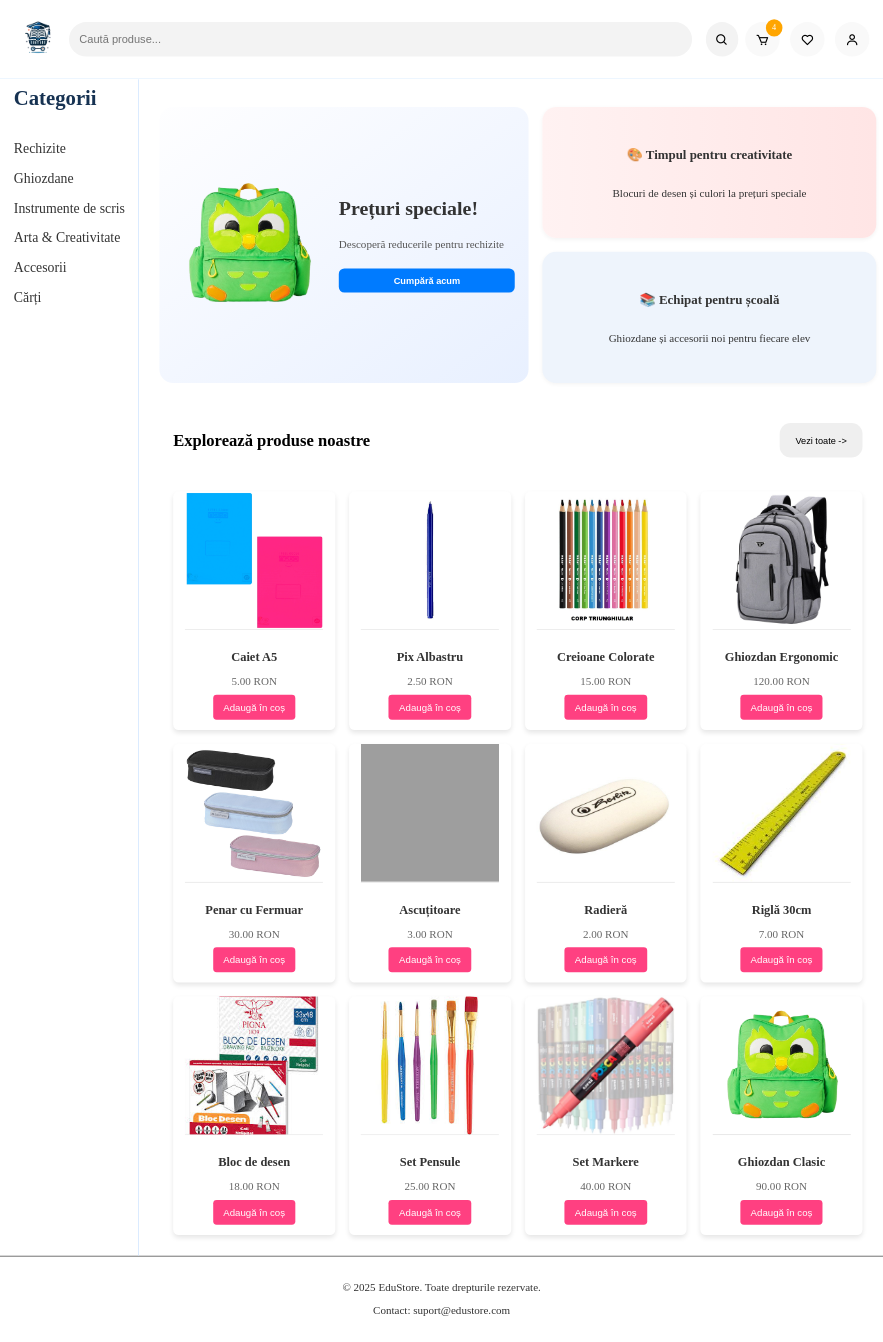
Repository: Roxana5504/WebDev-Project
Page: frontend/index.html
The author's editor kept a copy of each file at every save. The page is drawn from the files as they stood at one save, then again after the next save.
The browser window is 1280 px wide. The pictures show the whole page, at 69% of full size.
Pictures or frames that could not be fetched are drawn as grey boxes.

Above is the page before, as saved 2025-04-23 17:11:59.

After the next save:
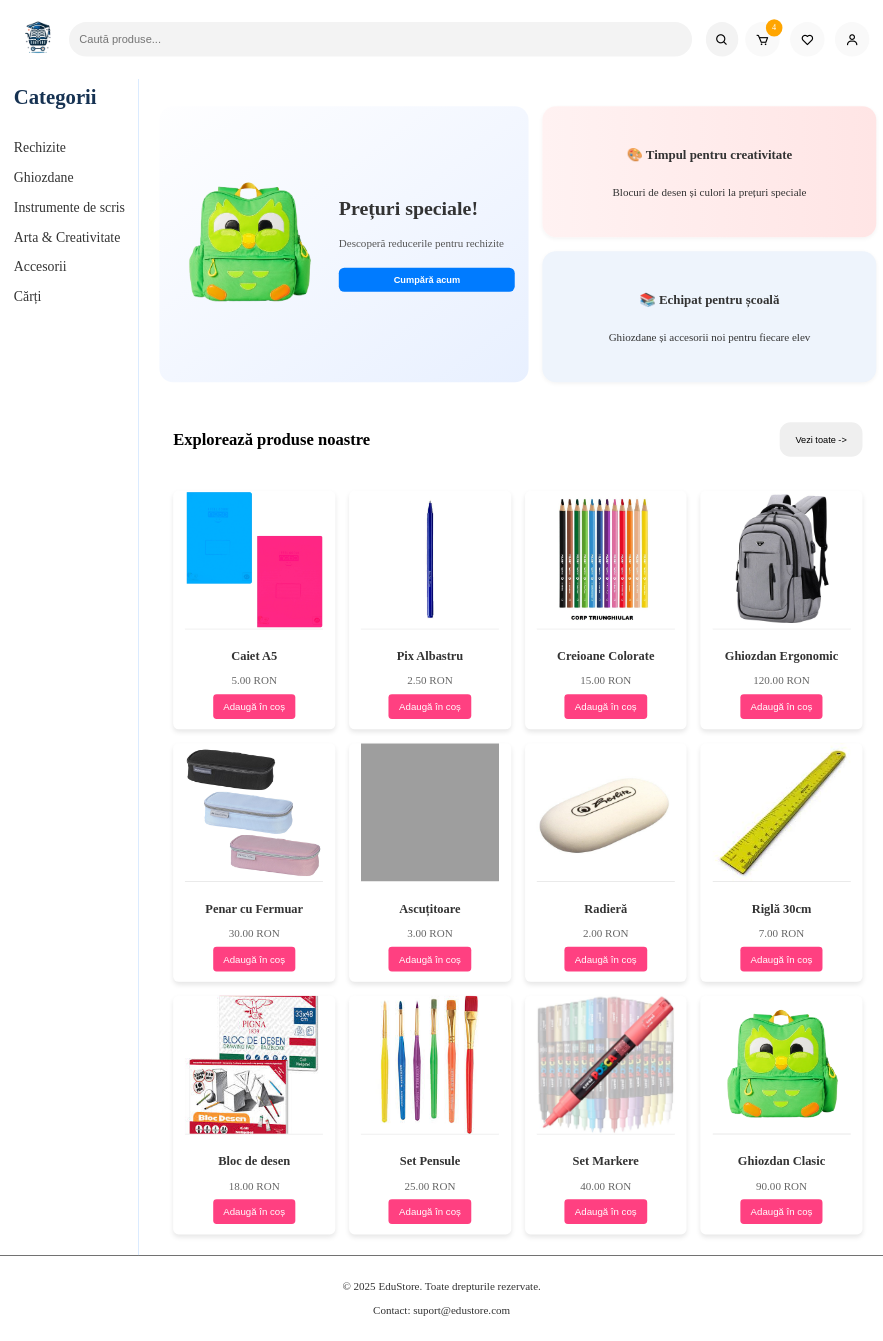
Saved 85 s later.
--- a/frontend/styles.css
+++ b/frontend/styles.css
@@ -95,7 +95,6 @@ body {
   box-sizing: border-box;
   flex-wrap: wrap;
   gap: 10px;
-  border-bottom: 1px solid rgb(203, 227, 255);
 }
 
 .logo img {
